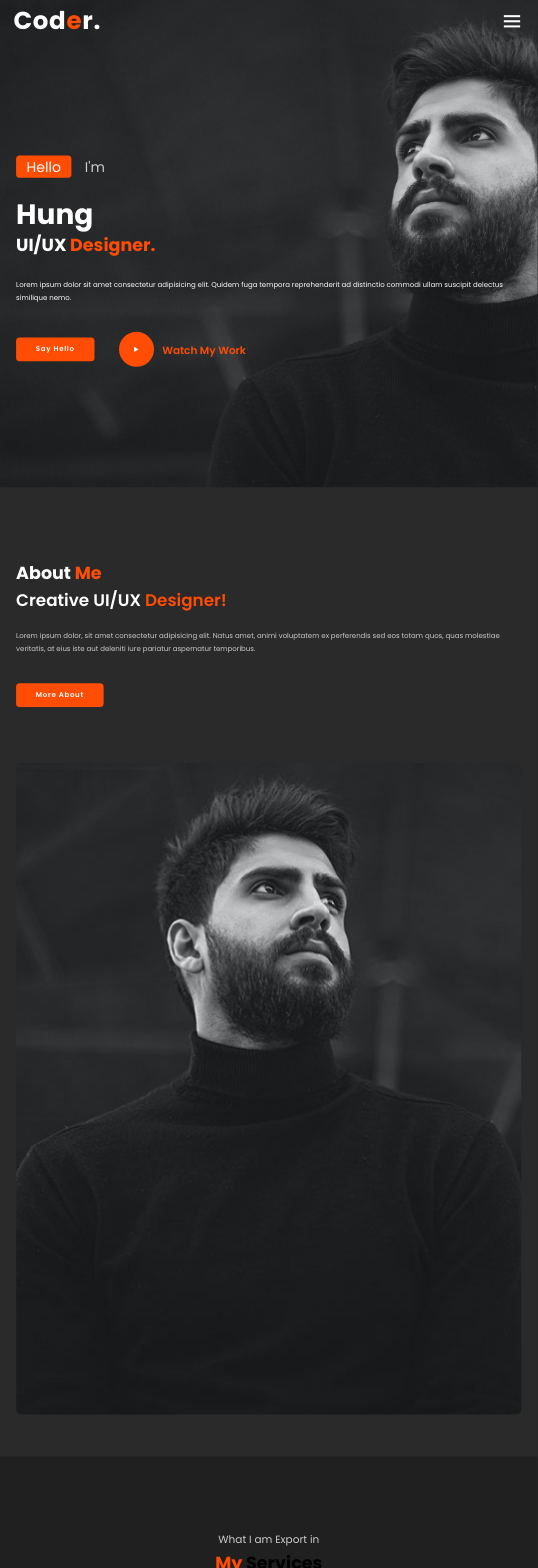
Repository: HungNg99/Protifolio2
Page: Portfolio/index.html
The author's editor kept a copy of each file at every save. The page is drawn from the files as they stood at one save, then again after the next save.
The browser window is 768 px wide. The pictures show the part of the page from y = 0 to 2240 px (the page is 5288 px tall), at 70% of full size.
Empty fields were first filled with sample values (such as "Sample", 5 or name@example.com).
After loading, the first visible `ul.nav-list` was clicked once.

Above is the page before, as saved 2022-12-12 17:17:35.
Console error: ReferenceError: ClickMenu is not defined

### Portfolio/index.html
<!DOCTYPE html>
<html lang="en">

<head>
    <meta charset="UTF-8">
    <meta http-equiv="X-UA-Compatible" content="IE=edge">
    <meta name="viewport" content="width=device-width, initial-scale=1.0">
    <title>Portfolio</title>
    <link rel="stylesheet" href="./reset.css">
    <link rel="stylesheet" href="./style.css">
    <link rel="stylesheet" href="https://cdnjs.cloudflare.com/ajax/libs/font-awesome/6.2.1/css/all.min.css"
        integrity="sha512-MV7K8+y+gLIBoVD59lQIYicR65iaqukzvf/nwasF0nqhPay5w/9lJmVM2hMDcnK1OnMGCdVK+iQrJ7lzPJQd1w=="
        crossorigin="anonymous" referrerpolicy="no-referrer" />

        <link rel="stylesheet"
        href="https://unpkg.com/boxicons@latest/css/boxicons.min.css">

    <link
        href="https://fonts.googleapis.com/css2?family=Montserrat:wght@800&family=Poppins:ital,wght@0,300;0,400;0,600;0,700;1,600&family=Roboto:wght@300;500&display=swap"
        rel="stylesheet">
</head>

<body>
    <!-- header design-->
    <header>
        <a href="#" class="logo">Cod<span>e</span>r.</a>
        <ul class="nav-list">
            <li><a href="#home" class="nav-link active">
                    Home
                </a></li>
            <li><a href="#about" class="nav-link">
                    About Me
                </a></li>
            <li><a href="#services" class="nav-link">
                    Services
                </a></li>
            <li><a href="#portfolio" class="nav-link">
                    Portfolio
                </a></li>
            <li><a href="#contact" class="nav-link">
                    Contact Me
                </a></li>
        </ul>

        <div class="bx bx-menu" id="menu-icon">
        </div>
    </header>

    <!-- home section design -->
    <section class="home" id="home">
       <div class="home-text">
        <div class="slide">
            <span class="one">Hello</span>
            <span class="two">I'm</span>
        </div>
        <h1>Hung</h1>
        <h3>UI/UX <span>Designer.</span> </h3>
        <p>Lorem ipsum dolor sit amet consectetur adipisicing elit. Quidem fuga tempora reprehenderit ad distinctio commodi ullam suscipit delectus similique nemo.</p>
        <div class="button">
            <a href="#" class="btn">Say Hello</a>
            <a href="#" class="btn2"><span><i class='bx bx-play'></i>Watch My Work</span></a>
        </div>
       </div>
    </section>

    <!-- about section design -->
    <section class="about" id="about">
        <div class="about-img">
            <img src="./img/about.jpg" alt="">
        </div>
        <div class="about-text">
            <h2>About <span>Me</span></h2>
            <h4>Creative UI/UX <span>Designer!</span></h4>
            <p>Lorem ipsum dolor, sit amet consectetur adipisicing elit. Natus amet, animi voluptatem ex perferendis sed eos totam quos, quas molestiae veritatis, at eius iste aut deleniti iure pariatur aspernatur temporibus.</p>
            <a href="#" class="btn">More About</a>
        </div>
    </section>

    <!-- about section design -->
    <section class="services" id="services">
        <div class="main-text">
            <p>What I am Export in</p>
            <h2><span>My</span> Services</h2>
        </div>

        <div class="services-content">
            <div class="box">
                <div class="s-icons">
                    <i class='bx bx-mobile-alt'></i>
                </div>
                <h3>Web Design</h3>
                <p>Lorem ipsum dolor, sit amet consectetur adipisicing elit. Voluptatem eum saepe sed suscipit enim libero nihil nostrum eos similique quidem.</p>
                <a href="#" class="read">Read More</a>
            </div>
            <div class="box">
                <div class="s-icons">
                    <i class='bx bx-code'></i>
                </div>
                <h3>Web Development</h3>
                <p>Lorem ipsum dolor, sit amet consectetur adipisicing elit. Voluptatem eum saepe sed suscipit enim libero nihil nostrum eos similique quidem.</p>
                <a href="#" class="read">Read More</a>
            </div>
            <div class="box">
                <div class="s-icons">
                    <i class='bx bxs-edit'></i>
                </div>
                <h3>Creative Design</h3>
                <p>Lorem ipsum dolor, sit amet consectetur adipisicing elit. Voluptatem eum saepe sed suscipit enim libero nihil nostrum eos similique quidem.</p>
                <a href="#" class="read">Read More</a>
            </div>
        </div>
    </section>

    <!-- portfolio section design -->
    <section class="portfolio" id="portfolio">
        <div class="main-text">
            <p>Portfolio</p>
            <h2><span>Lastest</span> Project</h2>
        </div>
        <div class="portfolio-content">
            <div class="row">
                <img src="./img/portfolio1.jpg" alt="">
                <div class="layer">
                    <h5>Visual Design</h5>
                    <p>Lorem ipsum, dolor sit amet consectetur adipisicing elit. Dolore mollitia fugit impedit iure. Tempore, adipisci!</p>
                    <a href="#"><i class='bx bx-link'></i></a>
                </div>
            </div>
            <div class="row">
                <img src="./img/portfolio2.jpg" alt="">
                <div class="layer">
                    <h5>Visual Design</h5>
                    <p>Lorem ipsum, dolor sit amet consectetur adipisicing elit. Dolore mollitia fugit impedit iure. Tempore, adipisci!</p>
                    <a href="#"><i class='bx bx-link'></i></a>
                </div>
            </div>
            <div class="row">
                <img src="./img/portfolio3.jpg" alt="">
                <div class="layer">
                    <h5>Visual Design</h5>
                    <p>Lorem ipsum, dolor sit amet consectetur adipisicing elit. Dolore mollitia fugit impedit iure. Tempore, adipisci!</p>
                    <a href="#"><i class='bx bx-link'></i></a>
                </div>
            </div>
            <div class="row">
                <img src="./img/portfolio4.jpg" alt="">
                <div class="layer">
                    <h5>Visual Design</h5>
                    <p>Lorem ipsum, dolor sit amet consectetur adipisicing elit. Dolore mollitia fugit impedit iure. Tempore, adipisci!</p>
                    <a href="#"><i class='bx bx-link'></i></a>
                </div>
            </div>
            <div class="row">
                <img src="./img/portfolio5.jpg" alt="">
                <div class="layer">
                    <h5>Visual Design</h5>
                    <p>Lorem ipsum, dolor sit amet consectetur adipisicing elit. Dolore mollitia fugit impedit iure. Tempore, adipisci!</p>
                    <a href="#"><i class='bx bx-link'></i></a>
                </div>
            </div>
            <div class="row">
                <img src="./img/portfolio6.jpg" alt="">
                <div class="layer">
                    <h5>Visual Design</h5>
                    <p>Lorem ipsum, dolor sit amet consectetur adipisicing elit. Dolore mollitia fugit impedit iure. Tempore, adipisci!</p>
                    <a href="#"><i class='bx bx-link'></i></a>
                </div>
            </div>
        </div>
    </section>

    <!-- contact section design -->
    <section class="contact" id="contact">
        <div class="contact-text">
            <h2>Contact <span>Me !</span> </h2>
            <h4>If You Have Any Project In Your Mind</h4>
            <p>I'm a UI/UX Designer - Creatiing bold & brave interfeace design for companies all across the world.</p>
            <div class="list">
                <li><a href="#">0963751057</a></li>
                <li><a href="#">ngvanhung10121999@gmail.com</a></li>
                <li><a href="#">Like Share & Subscribe</a></li>
            </div>

            <div class="contact-icons">
                <a href="#"><i class="fa-brands fa-facebook"></i></a>
                <a href="#"><i class="fa-brands fa-twitter"></i></a>
                <a href="#"><i class="fa-brands fa-instagram"></i></a>
                <a href="#"><i class="fa-brands fa-youtube"></i></a>
            </div>
        </div>

            <div class="contact-form">
                <form action="">
                    <input type="name" placeholder="Your Name" required>
                    <input type="email" placeholder="Your Email Address" required>
                    <input type="" placeholder="Your Mobile Name" required>
                    <textarea name="" id="" cols="35" rows="10" placeholder="How Can I Help You ?" required></textarea>
                    <input type="submit" class="submit" value="Send Message" required>
                </form>
            </div>
    </section>

    <!-- end section design -->
    <section class="end">
        <div class="last-text">
            <p>Coppyright @ 2022 by Hung Nguyen All Rights Reserved.</p>
        </div>

        <div class="top">
            <a href="#home"><i class="fa-solid fa-arrow-up"></i></a>
        </div>
    </section>
    <script src="./scripts.js"></script>
</body>

</html>

### Portfolio/reset.css
html {
    box-sizing: border-box;
  }
  * {
    margin: 0;
    padding: 0;
  }
  *,
  *:before,
  *:after {
    box-sizing: border-box;
  }
  input,
  textarea,
  select,
  button {
    outline: none;
  }
  input {
    line-height: normal;
  }
  label,
  button {
    cursor: pointer;
  }
  a {
    text-decoration: none;
  }
  img {
    display: block;
    max-width: 100%;
  }
  *,
  *:before,
  *:after {
    box-sizing: border-box;
  }
  /* using rem unit */
  html {
    font-size: 62.5%;
  }
  a {
    text-decoration: none;
  }
  img {
    display: block;
    max-width: 100%;
  }
  body {
    font-family: "Poppins", sans-serif;
    font-size: 16px;
    line-height: 1;
    list-style: none;
    scroll-behavior: smooth;
    /* height: 200vh; */
  }

### Portfolio/style.css
body{
    background-color: var(--bg-color);
}
:root {
    --bg-color: #2a2a2a;
    --second-bg-color: #202020;
    --text-color: #fff;
    --second-color: #ccc;
    --main-color: #ff4d05;
    --big-font: 5rem;
    --h2-font: 3rem;
    --p-font: 1.1rem;
}

header {
    position: fixed;
    width: 100%;
    top: 0;
    right: 0;
    z-index: 1000;
    background: transparent;
    padding: 22px 15%;
    border-bottom: 1px solid transparent;
    transition: all 0.45s ease;
    display: flex;
    justify-content: space-between;
    align-items: center;
}

.logo {
    color: var(--text-color);
    font-size: 35px;
    font-weight: 700;
    letter-spacing: 1px;
}

span {
    color: var(--main-color);
}

.nav-list {
    display: flex;
    list-style: none;
}

.nav-list .nav-link {
    color: var(--second-color);
    margin: 0 15px;
    font-size: 17px;
    font-weight: 500;
    transition: all 0.45s ease;
}

.nav-list .nav-link:hover {
    color: var(--main-color);
}

.nav-list .nav-link.active {
    color: var(--main-color);
}

#menu-icon {
    color: var(--text-color);
    font-size: 35px;
    z-index: 10001;
    cursor: pointer;
    margin-left: 25px;
    display: none;

}

section {
    padding: 120px 15% 120px;
}

.home {
    position: relative;
    background-image: url(./img/background.jpg);
    background-repeat: no-repeat;
    background-position: center;
    background-size: cover;
    height: 80vh;
    width: 100%;
    display: flex;
    align-items: center;
    justify-content: flex-start;
}

.slide {
    margin-bottom: 30px;
}

.one {
    display: inline-block;
    margin-right: 15px;
    height: 32px;
    padding: 0 15px;
    line-height: 32px;
    font-size: 20px;
    font-weight: 500;
    border-radius: 5px;
    background-color: var(--main-color);
    color: var(--text-color);
}

.two {
    display: inline-block;
    color: var(--second-color);
    font-size: 20px;
    font-weight: 500;
}
.home-text h1 {
    font-size: var(--big-font);
    font-weight: 700;
    color: var(--text-color);
    line-height:1.1;
    margin: 0 0 8px;
}
.home-text h3{
    color: var(--text-color);
    margin: 0 0 35px;
    font-size: 3rem;
    font-weight: 700;
    line-height:1.1;
}
.home-text p{
    color: var(--text-color);
    font-size: var(--p-font);
    line-height:1.8;
    margin-bottom: 40px;
}
.button{
    display:flex;
    align-items: center;
    justify-content: flex-start;
}
.btn{
    display: inline-block;
    padding: 12px 28px;
    background: var(--main-color);
    border-radius: 5px;
    color: var(--text-color);
    font-size:1rem;
    letter-spacing: 1px;
    font-weight: 600;
    transition: all 0.45s ease;
}
.btn:hover{
    transform: scale(1.1);
}
.btn2{
    display: inline-flex;
    align-items: center;
    justify-content: center;
    font-size: 15px;
    font-weight:600;
    color: var(--text-color);
    margin-left: 35px;
}
.btn2 span{
    display: inline-flex;
    align-items: center;
    justify-content: center;
}
.btn2 span i{
    margin-right: 12px;
    height: 50px;
    width: 50px;
    border-radius: 50%;
    display: flex;
    align-items: center;
    justify-content: center;
    transition: all 0.45s ease;
    background-color: var(--main-color);
    color: var(--text-color);
}
.btn2 span i:hover{
    transform: scale(1.1);
}
header.sticky{
    background-color: var(--bg-color);
    border-bottom: 1px solid #ffffff1a;
    padding: 12px 15%;
}

.about{
    display: grid;
    grid-template-columns: repeat(2,1fr);
    align-items: center;
    gap: 8rem;
}


.about-img img{
  max-width: 530px;
  height: auto;
  width: 100%;
  border-radius: 8px;
}
.about-text span {
    color: var(--main-color);
}
.about-text h2{
  font-size: var(--h2-font);
  line-height:1;
  color: var(--text-color);
}
.about-text h4{
   font-size: 24px;
   font-weight:600;
   color: var(--text-color);
   line-height:1;
   margin: 15px 0px 30px;
}
.about-text p {
   color: var(--second-color);
   font-size: var(--p-font);
   line-height:1.8;
   margin-bottom: 4rem;
}
.services{

    background-color: var(--second-bg-color);
}
.main-text{
    text-align: center;
}
.main-text p{
    color: var(--second-color);
    font-size: 15px;
    margin-bottom: 15px;
}
.main-text h2{
    font-size:var(--h2-font);
    line-height:1;
}
.services-content{
    display: grid;
    grid-template-columns: repeat(3,1fr);
    align-items: center;
    gap: 2.5rem;
    margin-top: 5rem;
}
.box{
    background-color: var(--bg-color);
    border-radius:8px;
    padding: 35px 45px;
    transition: all 0.45s ease;
}
.s-icons i{
    font-size:32px;
    margin-bottom: 20px;
}
.box h3{
    font-size:24px;
    font-weight:600;
    color: var(--text-color);
    margin-bottom: 15px;
}
.box p{
    font-size:1rem;
    line-height:1.8;
    color: var(--second-color);
    margin-bottom: 25px;
}
.read{
    display: inline-block;
    padding: 8px 18px;
    background: #333333;
    color: var(--second-color);
    font-size:14px;
    font-weight:500;
    border-radius:8px;
    transition: all 0.45s ease;
}
.read:hover{
    letter-spacing: 1px;
    background-color: #ffffff99;
    color: var(--text-color);
}
.box:hover{
    transform: translateY(-8px);
    cursor: pointer;
}
.portfolio-content{
    display: grid;
    grid-template-columns: repeat(3,1fr);
    gap: 2.5rem;
    margin-top: 5rem;
    align-items: center;
}
.row{
    position: relative;
    overflow: hidden;
    border-radius: 8px;
    cursor: pointer;
}
.row img{
    width: 100%;
    border-radius: 8px;
    display: block;
    transition: transform 0.45s;
}
.layer{
    width: 100%;
    /* heigh = 0 khi chưa hover */
    height: 0;
    background: linear-gradient(rgba(0,0,0,0.1),#ff004f);
    position: absolute;
    border-radius: 8px;
    left: 0;
    bottom: 0;
    overflow: hidden;
    display: flex;
    flex-direction: column;
    align-items: center;
    justify-content:center;
    text-align: center;
    padding: 0px 40px;
    transition: height 0.45s;
}
.layer h5{
    font-size: 20px;
    font-weight:600;
    margin-bottom: 15px;
    color: var(--text-color);
}
.layer p{
    color: var(--second-color);
    font-size:1rem;
    line-height:1.8;
}
.layer i{
    color: var(--main-color);
    margin-top: 20px;
    background-color: var(--text-color);
    display:flex;
    justify-content: center;
    align-items: center;
    width: 60px;
    height: 60px;
    border-radius: 50%;
}
.row:hover img{
    transform: scale(1.1);
}
.row:hover .layer{
    height: 100%;
}
.contact{
    display: grid;
    grid-template-columns: repeat(2,1fr);
    align-items: center;
    gap:2.5rem;
    background-color: var(--second-bg-color);
}
.contact-text h4{
    color: var(--text-color);
    margin: 18px 0;
    font-size: 20px;
    font-weight: 600;
}
.contact-text h2{
    font-size: var(--h2-font);
    line-height:1;
    color: var(--second-color);
}
.contact-text p{
    color: var(--second-color);
    font-size: var(--p-font);
    line-height:1.8;
    margin-bottom: 30px;
}
.list{
    margin-bottom: 2.8rem;
}
.list li{
    margin-bottom: 12px;
}
.list li a{
    display: block;
    color: var(--second-color);
    font-size: 14px;
    transition: all 0.45s ease;
}
.list li a:hover{
    color: var(--text-color);
    transform: translateX(5px);
}
.contact-icons i{
    height: 45px;
    width: 45px;
    background-color: var(--main-color);
    color: var(--text-color);
    display: inline-flex;
    justify-content: center;
    align-items: center;
    border-radius: 8px;
    margin-right: 15px;
    transition: all 0.45s ease;
}
.contact-icons i:hover{
    background-color: var(--text-color);
    color: var(--main-color);
}
.contact-form form{
   position: relative;
}
.contact-form form input,
form textarea{
    width: 100%;
    padding: 14px;
    background: var(--bg-color);
    color: var(--text-color);
    border: none;
    outline: none;
    font-size: 15px;
    border-radius: 8px;
    margin-bottom: 10px;
}
.contact-form form textarea{
    resize: none;
    height: 240px;
}
.contact-form .submit{
    display: inline-block;
    font-size: 16px;
    width: 160px;
    color: var(--text-color);
    background-color: var(--main-color);
    transition: all 0.45s ease;
}
.contact-form .submit:hover{
    transform: scale(1.1);
    cursor: pointer;
}
.end{
    padding: 20px 15%;
    display: flex;
    align-items: center;
    justify-content:space-between;
    flex-wrap: wrap;
    gap: 2rem;
    background-color:var(--bg-color);
}
.last-text p{
    color: var(--second-color);
    font-size: 14px;
}
.top i{
    padding: 10px 14px;
    border-radius:8px;
    background-color: var(--main-color);
    color: var(--text-color);
    font-size:15px;
}

@media (max-width: 1480px) {
    header {
        padding: 12px 2.5%;
    }
    header.sticky{
        padding: 10px 2.5%;
        transition: .1s;
    }
    section{
        padding: 110px 3% 60px;
    }
    .end{
        padding: 15px 3%x;
    }
}
@media (max-width:1100px ){
    :root {
        --big-font: 4rem;
        --h2-font: 2.5rem;
        --p-font: 1rem;
        transition: .1s;
    }
    .home-text h3{
        font-size: 2.5rem;
    }
    .home{
        height: 87vh;
    }
}
@media (max-width:920px ){
    .about{
        grid-template-columns: 1fr;
    }
    /* order:2 để hiện sau text */
    .about-img{
        text-align: center;
        order: 2;
    }
    .about-img img{
        width: 100%;
        height: auto;
        max-width:100%
    }
    .services-content,
    .contact{
     grid-template-columns: 1fr;
    }
}
@media (max-width:840px ){
    .portfolio-content{
        grid-template-columns: repeat(2,1fr)
    }
   #menu-icon{
    display:block;
    /* position: relative; */
   }
   .nav-list{
     position: absolute;
     top: -1000px;
     right: 0;
     left: 0;
     display:flex;
     flex-direction: column;
     background-color: var(--bg-color);
     text-align:left;
     transition: all 0.45 ease;
   }
   .nav-list .nav-link{
    display: block;
    margin: 16px;
    font-size: 20px;
    transition: all 0.45s ease;
    color: var(--text-color);
   }
   .nav-list .nav-link:hover{
    color: var(--main-color);
   }
   .nav-list .nav-link.active{
    color: var(--text-color);
   }
   .nav-list open{
    top: 100%;
   }
}

### Portfolio/scripts.js
const header = document.querySelector("header");
window.addEventListener("scroll", function() {
    header.classList.toggle("sticky", window.scrollY > 100);
})
let menu = document.querySelector("#menu-icon");
let navList = document.querySelector(".nav-list");

menu.addEventListener("click", function(e){
    e.target.classList.toggle("bx-x");
})
navList.addEventListener("click", function(e){
    e.target.classList.toggle("open");
})
//khi scroll thì bị ẩn tab
window.onscroll = () => {
    ClickMenu.classList.remove("bx-x");
    ClickNavList.classList.remove("open");

}

After the next save:
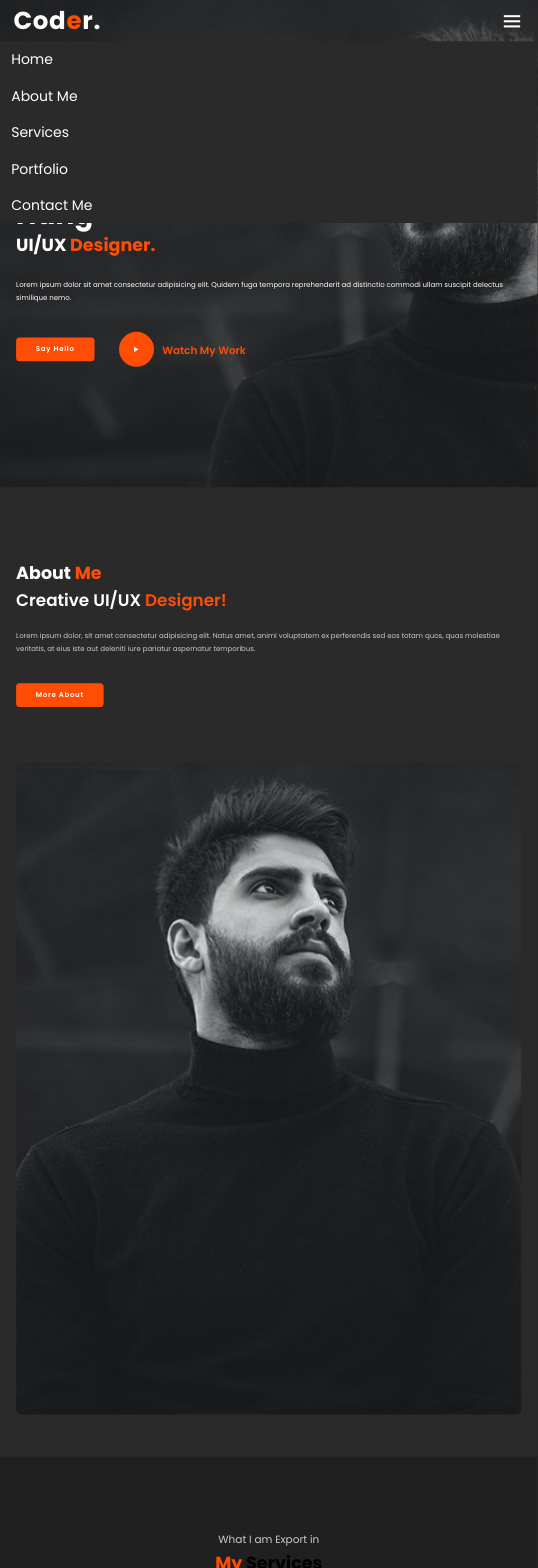
Saved 28 s later.
--- a/Portfolio/style.css
+++ b/Portfolio/style.css
@@ -535,7 +535,7 @@ form textarea{
    .nav-list .nav-link.active{
     color: var(--text-color);
    }
-   .nav-list open{
+   .nav-list.open{
     top: 100%;
    }
 }
